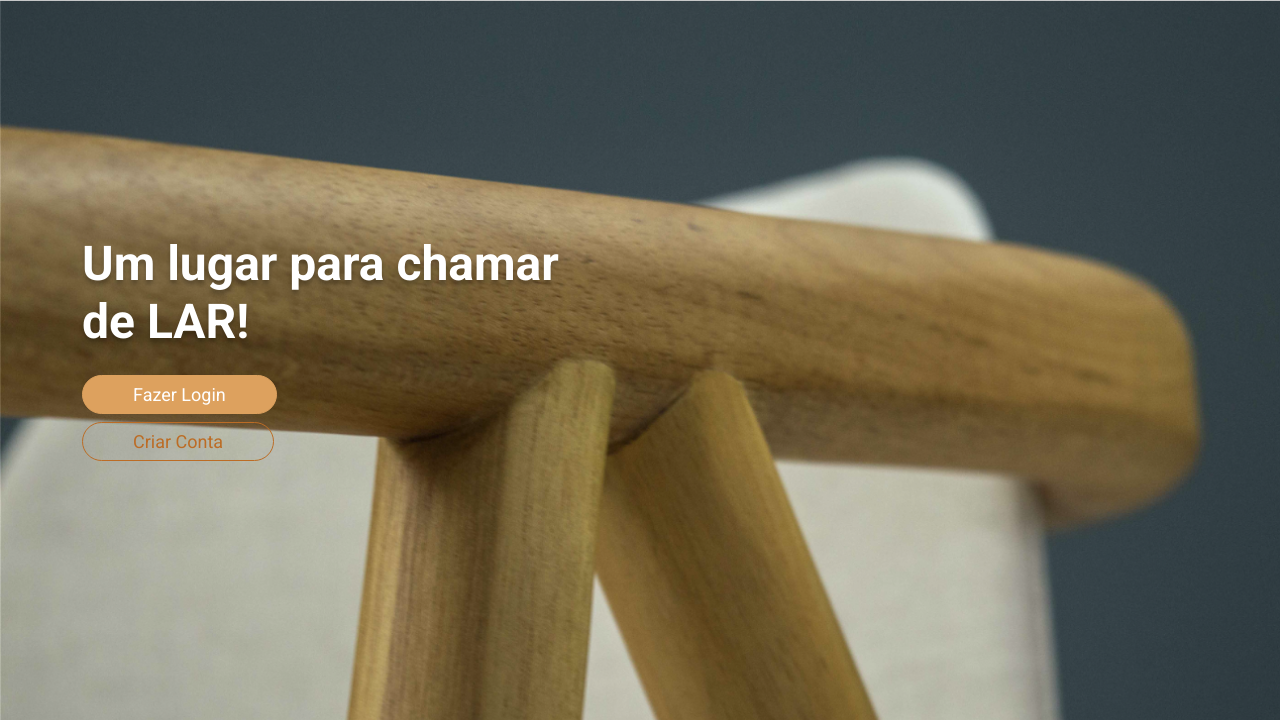
Repository: telesbp/Projeto-4-e-Projeto-5
Page: / (app in front-end/)
These files come from the project's save history. The page is drawn as it stood at one moment and after the next save; the edit follows.
The browser window is 1280 px wide. The pictures show the whole page.
The project was rebuilt for these pictures with package versions that can differ from the ones it lists, and the page was loaded fresh each time.

Above is the page before, as saved 2022-07-17 16:01:40.

### front-end/public/index.html
<!DOCTYPE html>
<html lang="pt-BR">
  <head>
    <meta charset="utf-8" />
    <link rel="icon" href="%PUBLIC_URL%/favicon.ico" />
    <meta name="viewport" content="width=device-width, initial-scale=1" />
    <meta name="theme-color" content="#000000" />
    <meta
      name="description"
      content="Seu negócio automatizado!"
    />
    <link rel="apple-touch-icon" href="%PUBLIC_URL%/logo192.png" />
    <!--
      manifest.json provides metadata used when your web app is installed on a
      user's mobile device or desktop. See https://developers.google.com/web/fundamentals/web-app-manifest/
    -->
    <link rel="manifest" href="%PUBLIC_URL%/manifest.json" />
    <!--
      Notice the use of %PUBLIC_URL% in the tags above.
      It will be replaced with the URL of the `public` folder during the build.
      Only files inside the `public` folder can be referenced from the HTML.

      Unlike "/favicon.ico" or "favicon.ico", "%PUBLIC_URL%/favicon.ico" will
      work correctly both with client-side routing and a non-root public URL.
      Learn how to configure a non-root public URL by running `npm run build`.
    -->
    <title>Stagio</title>

    <link rel="preconnect" href="https://fonts.googleapis.com">
    <link rel="preconnect" href="https://fonts.gstatic.com" crossorigin>
    <link href="https://fonts.googleapis.com/css2?family=Roboto:wght@400;700&display=swap" rel="stylesheet">
  </head>
  <body>
    <noscript>You need to enable JavaScript to run this app.</noscript>
    <div id="root"></div>
    <!--
      This HTML file is a template.
      If you open it directly in the browser, you will see an empty page.

      You can add webfonts, meta tags, or analytics to this file.
      The build step will place the bundled scripts into the <body> tag.

      To begin the development, run `npm start` or `yarn start`.
      To create a production bundle, use `npm run build` or `yarn build`.
    -->
  </body>
</html>

### front-end/src/index.tsx
import React from 'react';
import ReactDOM from 'react-dom/client';
import App from './App';
import 'bootstrap/dist/css/bootstrap.min.css';
import { BrowserRouter } from 'react-router-dom';
import 'react-toastify/dist/ReactToastify.css';
import { ToastContainer } from 'react-toastify';
import { GlobalStyle } from './assets/css/global';

const root = ReactDOM.createRoot(
  document.getElementById('root') as HTMLElement
);
root.render(
  <React.StrictMode>
    <BrowserRouter>
    <GlobalStyle/>
      <App />
      <ToastContainer/>
    </BrowserRouter>
  </React.StrictMode>
);

### front-end/src/App.tsx
import { HomeView } from "./views/Home";

function App() {
  return (
    <HomeView/>
  );
}

export default App;

### front-end/src/assets/css/global.ts
import { createGlobalStyle } from "styled-components";

export const GlobalStyle = createGlobalStyle`
    body{
       font-family: 'Roboto', sans-serif;
    }
`

### front-end/src/views/Home/index.tsx
import { Container } from "react-bootstrap";
import styled from "styled-components";
import bgSite from "../../assets/img/cadeira1.png"
import { CustomButton } from "../../components/CustomButton";

export function HomeView(){
    return(
        <Banner className="vh-100">
            <Container className="h-100 d-flex flex-column justify-content-center align-items-center align-items-lg-start">
                <Title className="text-center text-white text-lg-start mt-auto mt-lg-0 ">Um lugar para chamar de LAR!</Title>
                <CustomButton size="lg" variant="primary" className="mt-auto mt-lg-3 mb-2">Fazer Login</CustomButton>
                <CustomButton size="lg" variant="outline-primary" className="mb-4">Criar Conta</CustomButton>
            </Container>
        </Banner>
    )
}

const Banner = styled.div`
    background: url(${bgSite}) no-repeat center center;
    background-size: cover;
`
const Title = styled.h1`
    font-size: 2.25rem;
    font-weight: bold;
    text-shadow: 0 4px 4px rgba(0, 0, 0, 0.25);
    @media (min-width: 992px){
        font-size: 3rem;
        max-width: 500px;
    }
`

### front-end/src/components/CustomButton/index.tsx
import { Button, ButtonProps } from "react-bootstrap";
import styled from "styled-components";

export function CustomButton(props: ButtonProps ) {
    return(
        <ButtonStyled {...props}/>
    )
}
const ButtonStyled = styled(Button)`
    border-radius: 50px;
    font-weight: 500;
    padding:5px 50px 5px 50px;
    ${props => props.size ==='lg' && `
        font-size: 1.125rem;
    `}
    ${props => props.variant === "primary" && `
        background-color: #dda15e;
        border-color: #dda15e;
        &:hover {
            background-color: #bc6c25;
            border-color: #bc6c25;
        }
    `}
    ${props => props.variant === "outline-primary" && `
        border-color: #bc6c25;
        color: #bc6c25;
        &:hover {
            background-color: #dda15e;
            border-color: #dda15e;
        }
    `}
`

After the next save:
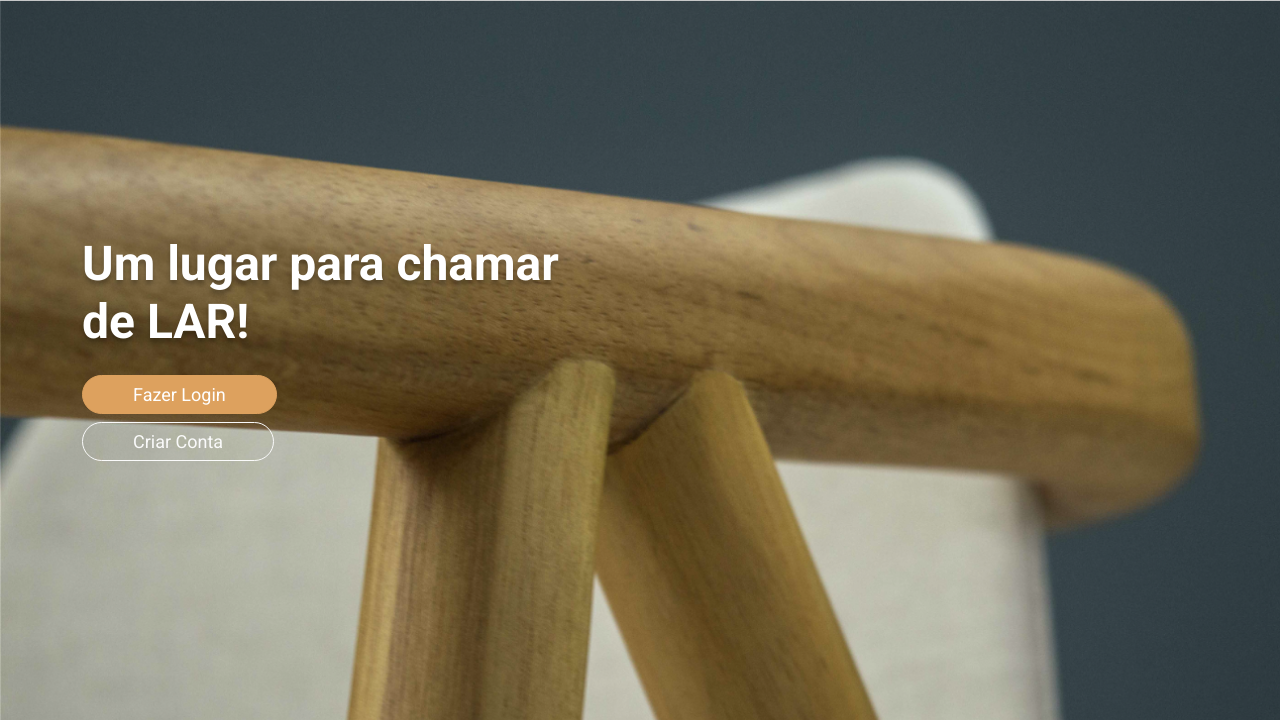
Saved 32 s later.
--- a/front-end/src/components/CustomButton/index.tsx
+++ b/front-end/src/components/CustomButton/index.tsx
@@ -22,8 +22,8 @@ const ButtonStyled = styled(Button)`
         }
     `}
     ${props => props.variant === "outline-primary" && `
-        border-color: #bc6c25;
-        color: #bc6c25;
+        border-color: #fafafa;
+        color: #fafafa;
         &:hover {
             background-color: #dda15e;
             border-color: #dda15e;
